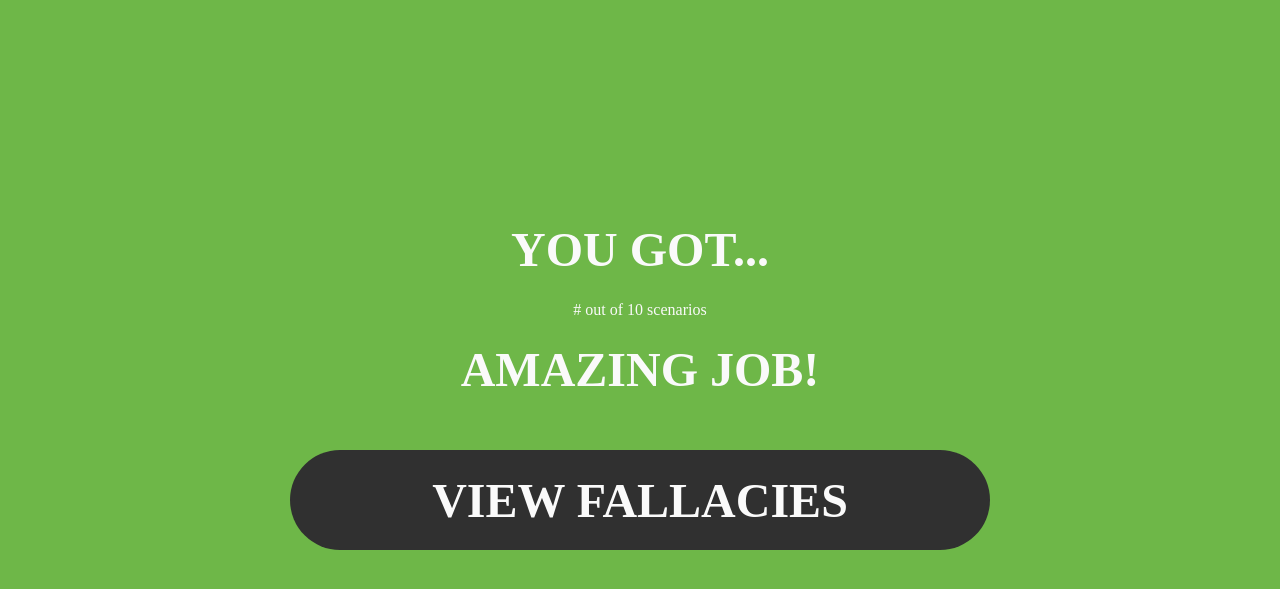
Repository: cindyvunguyen/fallacy
Page: index.html
These files come from the project's save history. The page is drawn as it stood at one moment and after the next save; the edit follows.
The browser window is 1280 px wide. The pictures show the whole page.
Some web fonts or font styles are not loaded; a fallback is used.

Above is the page before, as saved 2020-03-12 17:08:13.

### index.html
<!DOCTYPE html>
<html lang="en">
<head>
    <meta charset="UTF-8">
    <meta name="viewport" content="width=device-width, initial-scale=1.0">
    <title>FALLACIES</title>
    <link href="style.css" rel="stylesheet" type="text/css">
</head>
<body>
    <div id="app">

        <!-- CINDY START -->

        <div id="home-page"></div>

        <div id="lets-start-page"></div>

        <div id="question-page"></div>

        <!-- CINDY END -->

        <!-- SOPHIA START -->

        <div id="correct-page">
            <div id="icon"></div>
            <div id="cp-text1">HORRAY!</div>
            <div id="cp-a-outcome">
                <div id="cp-text2">You avoided the</div>
                <div id="cp-fallacy">BANDWAGON FALLACY</div>
                <div id="cp-text2">which is</div>
            </div>
            <div id="cp-definition">Listening to what is popular instead of listening to yourself.</div>
            <button class="white-button">NEXT QUESTION</button>
        </div>

        <div id="incorrect-page">
            <div id="icon"></div>
            <div id="cp-text1">OH NO!</div>
            <div id="cp-a-outcome">
                <div id="cp-text2">You committed the</div>
                <div id="cp-fallacy">BANDWAGON FALLACY</div>
                <div id="cp-text2">which is</div>
            </div>
            <div id="cp-definition">Listening to what is popular instead of listening to yourself.</div>
            <button class="white-button">NEXT QUESTION</button>
        </div>

        <!-- the two above pages technically have the same HTML. so you can only have 1 div and change the CSS through JS. it's entirely up to you. -->

        <div id="results-page">
            <div id="rp-text">
                <div id="rp-message">YOU GOT...</div>
                <div id="rp-results"># out of 10 scenarios</div>
                <div id="rp-message">AMAZING JOB!</div>
            </div>
            <button class="grey-button">VIEW FALLACIES</button>
        </div>

        <div id="game-over-page"></div>

        <!-- the two above pages technically have the same HTML, so you can only have 1 div and change the CSS through JS. it's entirely up to you. -->

        <!-- SOPHIA END -->

        <!-- CHLOE START -->

        <div id="review-page"></div>

        <div id="review2-page"></div>

        <div id="fallacy-review-page"></div>

        <div id="three-fallacies-page"></div>
        <!-- change the page's content with JS to show all three fallacies when clicked -->

        <!-- CHLOE END -->
        <script src="js.js"></script>
    </div>
</body>
</html>

### style.css
body {
    margin: 0;
}

#app {
    width: 100vw;
    height: 100vh;
    font-family: Visby;
    background-color: #468091;
    color: #FAFAFA;
}

@font-face {
    font-family: Visby;
    src: url(fonts/VisbyRoundCF-Regular.otf) format("woff");
}

@font-face {
    font-family: Visby;
    src: url(fonts/VisbyRoundCF-ExtraBold.otf) format("woff");
    font-weight: bold;
}

.pink-button {
    height: 100px;
    width: 700px;
    background-color: #ed2265;
    border: 0px;
    border-radius: 75px;
    font-family: Visby;
    font-weight: bold;
    font-size: 36pt;
    color: #FAFAFA;
    outline: 0;
}

.pink-button:active {
    background-color: #9c1542;
}

.white-button {
    height: 100px;
    width: 700px;
    background-color: #FAFAFA;
    border: 0px;
    border-radius: 75px;
    font-family: Visby;
    font-weight: bold;
    font-size: 36pt;
    color: #303030;
    outline: 0;
}

.white-button:active {
    background-color: #9e9e9e;
}

.grey-button {
    height: 100px;
    width: 700px;
    background-color: #303030;
    border: 0px;
    border-radius: 75px;
    font-family: Visby;
    font-weight: bold;
    font-size: 36pt;
    color: #FAFAFA;
    outline: 0;
}

.grey-button:active {
    background-color: #000000;
}

/* CINDY START */

/* CINDY END */

/* SOPHIA START */

/* correct page */
#correct-page {
    width: 100vw;
    height: 100vh;
    /* display: flex; */
    display: none;
    flex-direction: column;
    align-items: center;
    justify-content: center;
    background-color: #6eb748; /* incorrect, change to #860000*/
}

#icon {
    background-color: olive;
    width: 150px;
    height: 150px;
    border-radius: 50%;
}

#cp-text1 {
    font-size: 36pt;
    font-weight: bold;
    padding: 35px 0;
}

#cp-text2 {
    font-size: 16pt;
    font-weight: bold;
}

#cp-fallacy {
    font-size: 36pt;
    font-weight: bold;
}

#cp-definition {
    font-size: 16pt;
    line-height: 150px;
}

#cp-a-outcome {
    line-height: 60px;
    display: flex;
    flex-direction: column;
    align-items: center;
    justify-content: center;
}

/* icorrect page */
#incorrect-page {
    width: 100vw;
    height: 100vh;
    /* display: flex; */
    display: none;
    flex-direction: column;
    align-items: center;
    justify-content: center;
    background-color: #860000;
}

#incorrect-icon {
    background-color: olive;
    width: 150px;
    height: 150px;
    border-radius: 50%;
}

#ip-text1 {
    font-size: 36pt;
    font-weight: bold;
    padding: 35px 0;
}

#ip-text2 {
    font-size: 16pt;
    font-weight: bold;
}

#ip-fallacy {
    font-size: 36pt;
    font-weight: bold;
}

#ip-definition {
    font-size: 16pt;
    line-height: 150px;
}

#ip-a-outcome {
    line-height: 60px;
    display: flex;
    flex-direction: column;
    align-items: center;
    justify-content: center;
}

/* results page */
#results-page {
    width: 100vw;
    height: 100vh;
    display: flex;
    /* display: none; */
    flex-direction: column;
    align-items: center;
    justify-content: center;
    background-color: #6eb748; /* incorrect, change to #860000*/
}

#rp-text {
    padding: 50px;
    line-height: 60px;
    display: flex;
    flex-direction: column;
    align-items: center;
    justify-content: center;
}

#rp-message {
    font-size: 36pt;
    font-weight: bold;
}
/* SOPHIA END */

/* CHLOE START */

/* CHLOE END */

### js.js
// CINDY START

// CINDY END

// SOPHIA START

// SOPHIA END

// CHLOE START

// CHLOE END

After the next save:
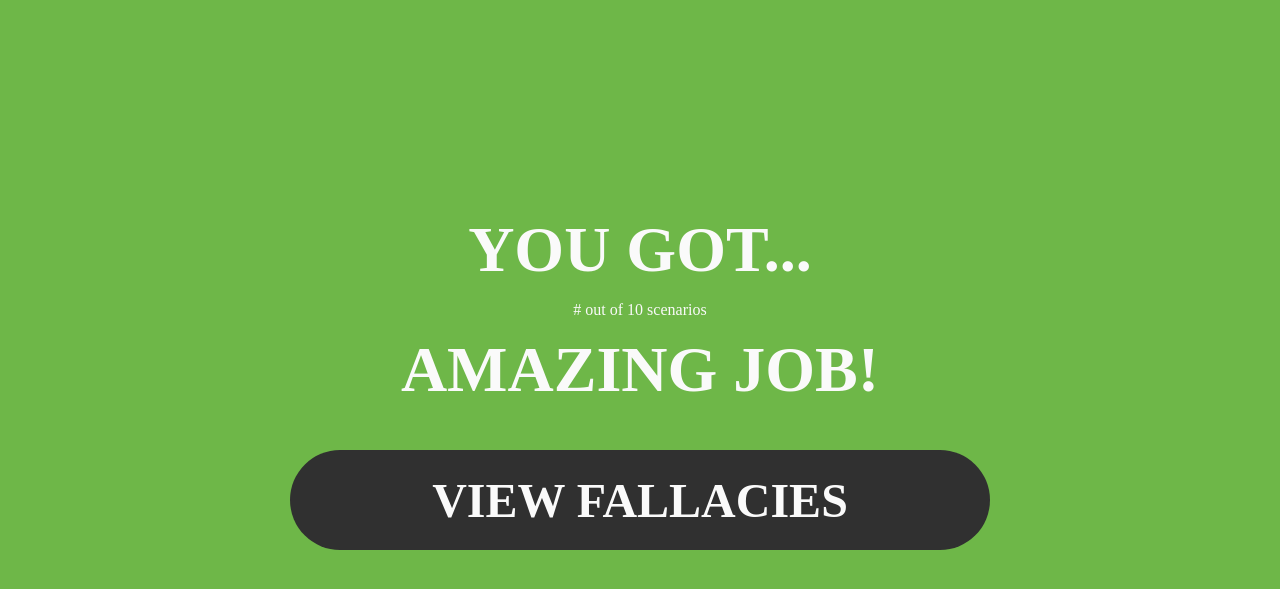
Saved 24 s later.
--- a/style.css
+++ b/style.css
@@ -196,7 +196,7 @@ body {
 }
 
 #rp-message {
-    font-size: 36pt;
+    font-size: 48pt;
     font-weight: bold;
 }
 /* SOPHIA END */
